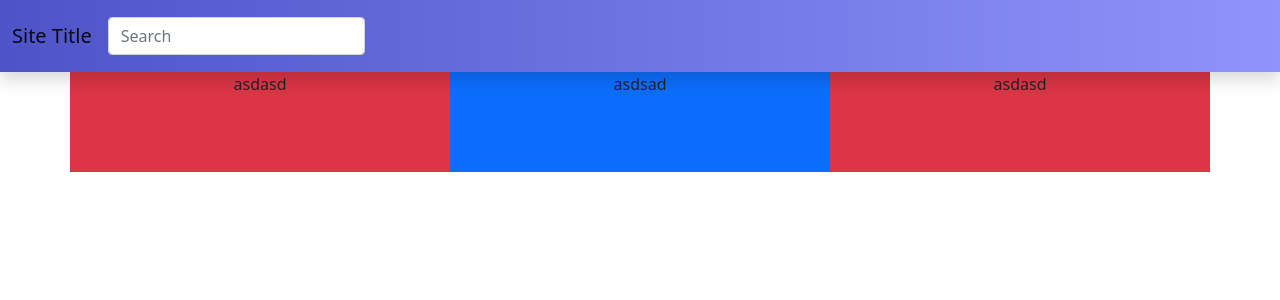
Repository: ttranhhoang/layoutBS
Page: layoutBS1/index.html
The author's editor kept a copy of each file at every save. The page is drawn from the files as they stood at one save, then again after a run of saves.
The browser window is 1280 px wide. The pictures show the whole page.

Above is the page before, as saved 2022-04-24 17:46:00.

### layoutBS1/index.html
<!DOCTYPE html>
<html lang="en">
  <head>
    <meta charset="UTF-8" />
    <meta http-equiv="X-UA-Compatible" content="IE=edge" />
    <meta name="viewport" content="width=device-width, initial-scale=1.0" />
    <title>Layout BS</title>
    <link
      href="https://cdn.jsdelivr.net/npm/bootstrap@5.1.3/dist/css/bootstrap.min.css"
      rel="stylesheet"
      integrity="sha384-1BmE4kWBq78iYhFldvKuhfTAU6auU8tT94WrHftjDbrCEXSU1oBoqyl2QvZ6jIW3"
      crossorigin="anonymous"
    />
    <link rel="stylesheet" href="index.css" />
  </head>
  <body>
    <header class="header">
      <nav class="navbar navbar-expand-lg fixed-top shadow navbar-light">
        <div class="container-fluid">
          <a class="navbar-brand" href="#">Site Title</a>
          <button
            class="navbar-toggler"
            type="button"
            data-bs-toggle="offcanvas"
            data-bs-target="#navbarOffcanvasLg"
            aria-controls="navbarOffcanvasLg"
            aria-expanded="false"
            aria-label="Toggle navigation"
          >
            <span class="navbar-toggler-icon"></span>
          </button>

          <div
            class="offcanvas offcanvas-end"
            tabindex="-1"
            id="navbarOffcanvasLg"
            aria-labelledby="navbarOffcanvasLgLabel"
          >
            <div class="offcanvas-header">
              <h5 class="offcanvas-title" id="offcanvasNavbarLabel">
                Offcanvas
              </h5>
              <button
                type="button"
                class="btn-close text-reset"
                data-bs-dismiss="offcanvas"
                aria-label="Close"
              ></button>
            </div>
            <div class="offcanvas-body">
              <!-- <ul class="navbar-nav justify-content-end flex-grow-1 pe-3">
                <li class="nav-item">
                  <a class="nav-link active" aria-current="page" href="#"
                    >Home</a
                  >
                </li>
                <li class="nav-item">
                  <a class="nav-link" href="#">Link</a>
                </li>
              </ul> -->
              <form class="d-flex">
                <input
                  class="form-control me-2"
                  type="search"
                  placeholder="Search"
                  aria-label="Search"
                />
              </form>
            </div>
          </div>
        </div>
      </nav>
    </header>

    <section>
      <div class="container">
        <div class="row">
          <div class="col-md-4 text-center bg-danger">asdasd</div>
          <div class="col-md-4 text-center bg-primary">asdsad</div>
           <div class="col-md-4 text-center bg-danger">asdasd</div>

        </div>
      </div>
    </section>

    <script
      src="https://cdn.jsdelivr.net/npm/bootstrap@5.1.3/dist/js/bootstrap.bundle.min.js"
      integrity="sha384-ka7Sk0Gln4gmtz2MlQnikT1wXgYsOg+OMhuP+IlRH9sENBO0LRn5q+8nbTov4+1p"
      crossorigin="anonymous"
    ></script>
  </body>
</html>

### layoutBS1/index.css
*,
*::after,
*::before {
  box-sizing: border-box;
}
/* custom */
button.navbar-toggler:focus {
  box-shadow: none;
}
button[type="button"],
button[type="submit"],
button[class^="btn"]:focus {
  box-shadow: none;
}
button[class*="btn-outline"]:active:focus {
  box-shadow: none;
}

/* styles ui */
body {
  padding-top: 72px;
}
.main {
  height: 100vh;
}
nav.navbar {
  background: #4e54c8; /* fallback for old browsers */
  background: -webkit-linear-gradient(
    to left,
    #8f94fb,
    #4e54c8
  ); /* Chrome 10-25, Safari 5.1-6 */
  background: linear-gradient(
    to left,
    #8f94fb,
    #4e54c8
  ); /* W3C, IE 10+/ Edge, Firefox 16+, Chrome 26+, Opera 12+, Safari 7+ */
}
.navbar {
  padding-top: 1rem;
  padding-bottom: 1rem;
}
.navbar-light .navbar-toggler {
  border: none;
}
div.row {
  height: 100px;
}

After the next 3 saves:
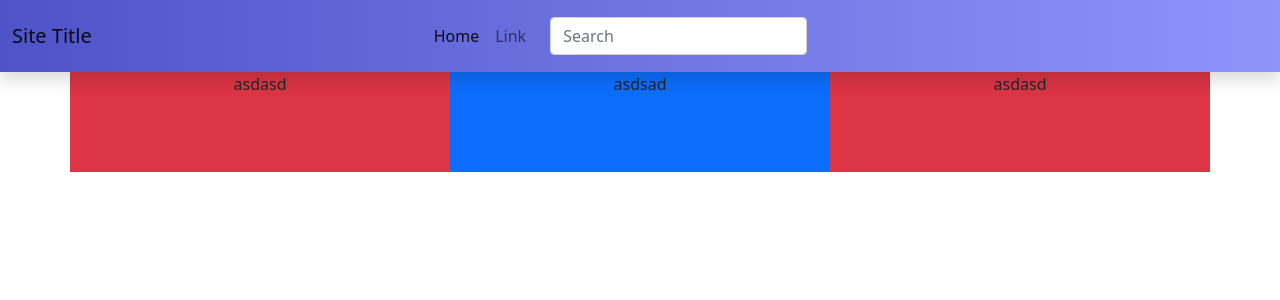
The 3 saves are shown as one change because they came seconds apart.
The last was saved 19 s later.
--- a/layoutBS1/index.html
+++ b/layoutBS1/index.html
@@ -29,6 +29,16 @@
           >
             <span class="navbar-toggler-icon"></span>
           </button>
+
+          <ul class="navbar-nav justify-content-end flex-grow-1 pe-3">
+            <li class="nav-item">
+              <a class="nav-link active" aria-current="page" href="#">Home</a>
+            </li>
+            <li class="nav-item">
+              <a class="nav-link" href="#">Link</a>
+            </li>
+          </ul>
+
 
           <div
             class="offcanvas offcanvas-end"
@@ -77,8 +87,7 @@
         <div class="row">
           <div class="col-md-4 text-center bg-danger">asdasd</div>
           <div class="col-md-4 text-center bg-primary">asdsad</div>
-           <div class="col-md-4 text-center bg-danger">asdasd</div>
-
+          <div class="col-md-4 text-center bg-danger">asdasd</div>
         </div>
       </div>
     </section>
